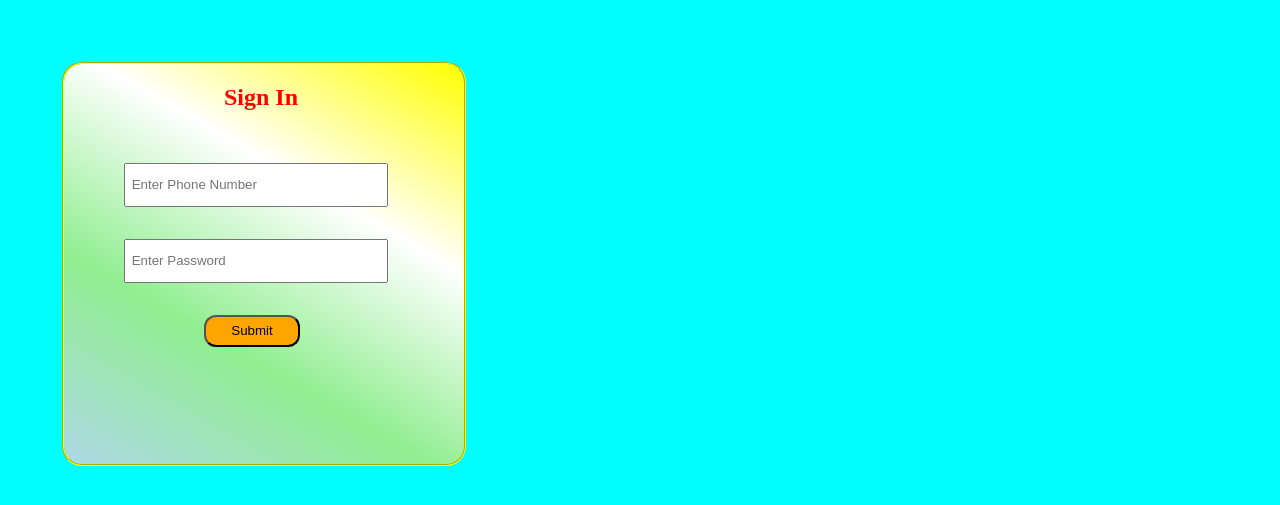
Repository: Amani-Kibet/express-app-web
Page: public/Card.html
An editor plug-in stored every save of this project. The page is shown before and after the next save, followed by the edit.
The browser window is 1280 px wide. The pictures show the whole page.

Above is the page before, as saved 2025-09-25 21:28:59.

After the next save:
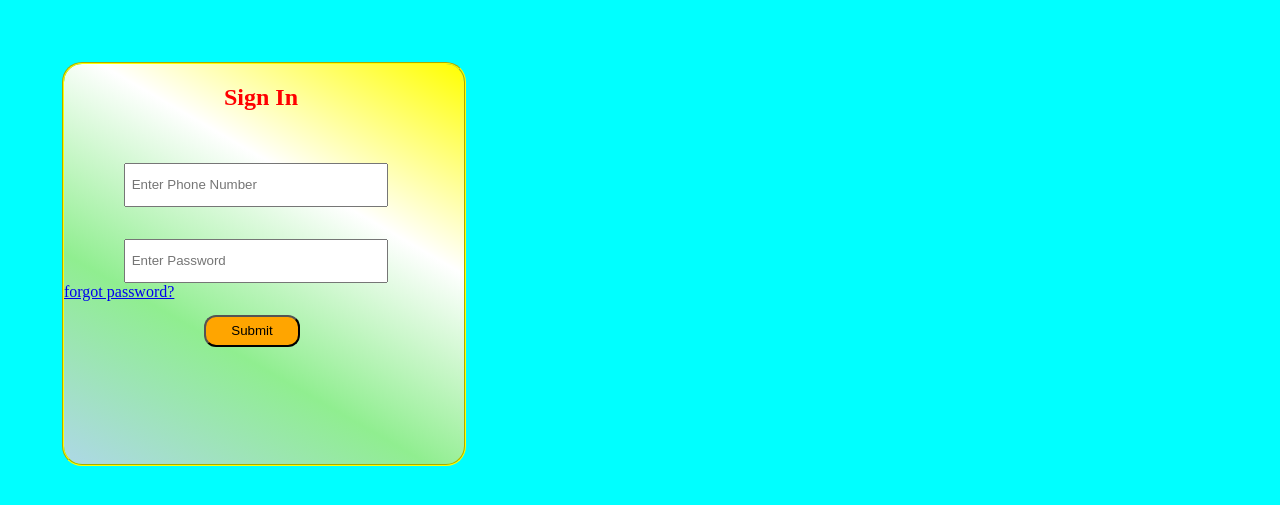
Saved 73 s later.
--- a/public/Card.html
+++ b/public/Card.html
@@ -41,6 +41,7 @@
     <input type="number" class="inputs" id="phoneI" placeholder=" Enter Phone Number">
     <input type="password" class="inputs" id="passI" placeholder=" Enter Password">
   <button id="submit">Submit</button>
+  <a href="http:localhost3000">forgot password?<a>
   </div>
 </body>
 <script>
